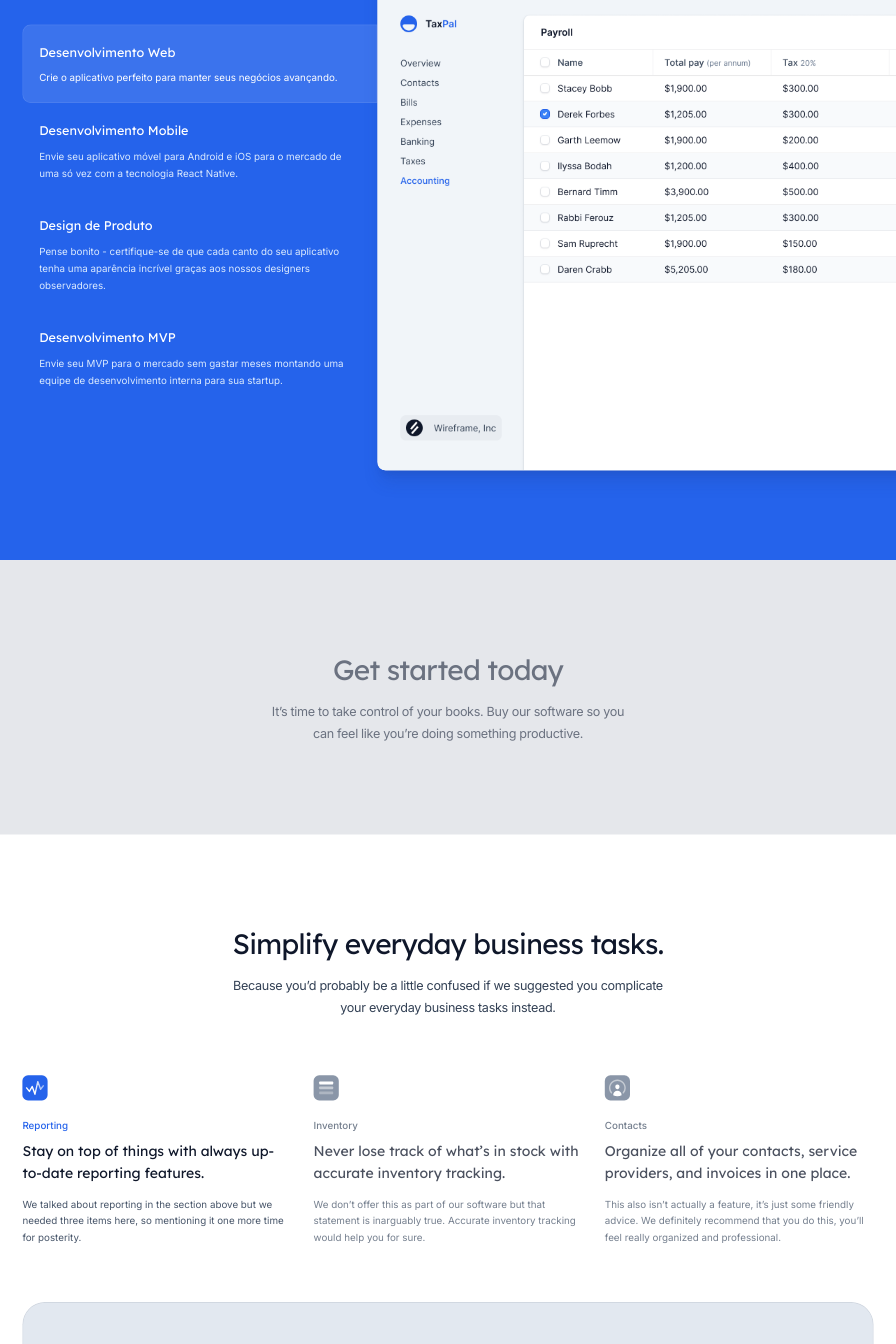
Repository: LuisSempre/imaginative
Page: /
The author's editor kept a copy of each file at every save. The page is drawn from the files as they stood at one save, then again after the next save.
The browser window is 1280 px wide. The pictures show the part of the page from y = 2263 to 4183 px (the page is 10310 px tall), at 70% of full size.
The project was rebuilt for these pictures with package versions that can differ from the ones it lists, and the page was loaded fresh each time. The framework's server and built-in components were replaced by stand-ins that run in the browser. Also part of the build but not shown: next.config.js.

Above is the page before, as saved 2022-07-15 10:49:30.

After the next save:
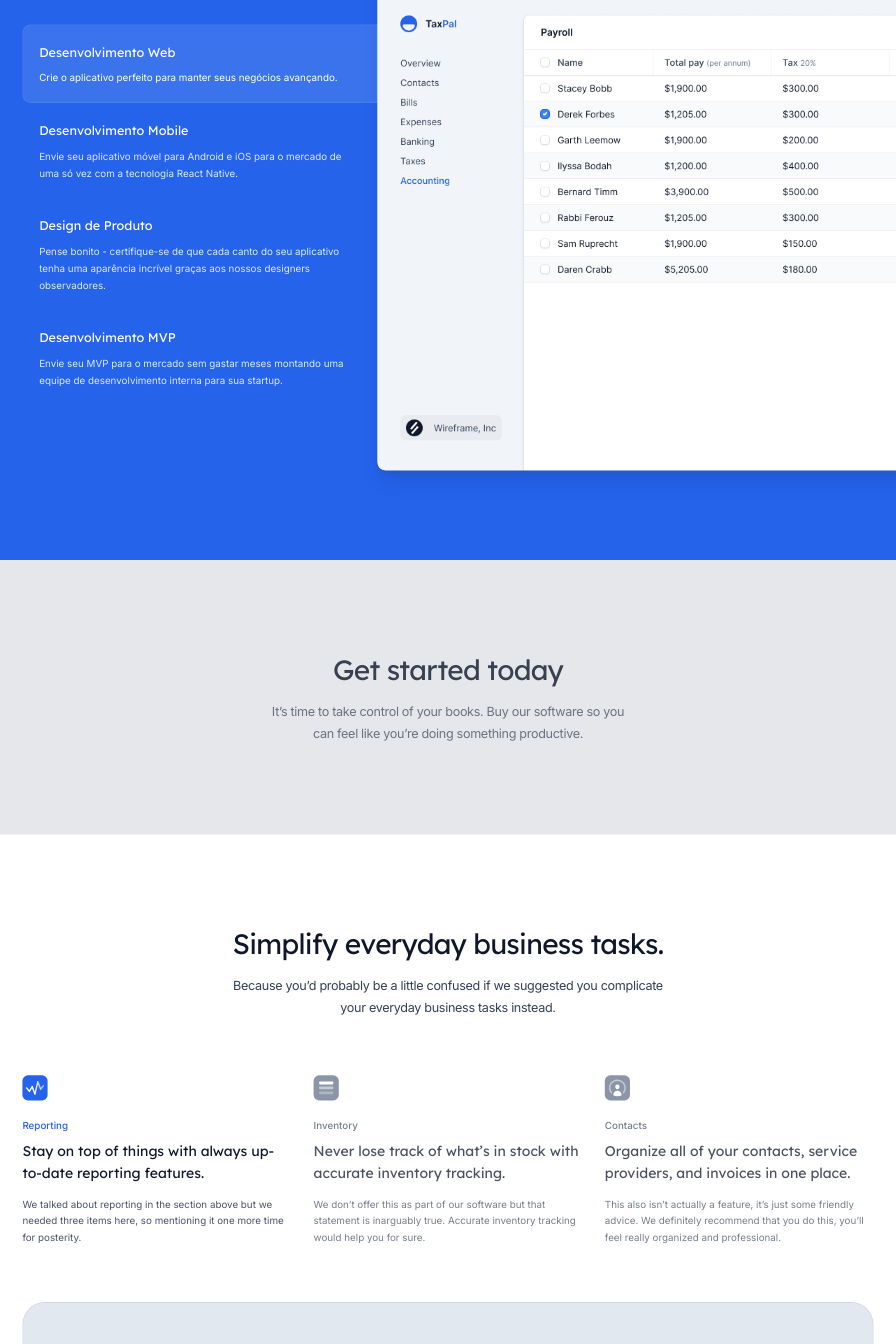
Saved 55 s later.
--- a/src/components/Tecnology.jsx
+++ b/src/components/Tecnology.jsx
@@ -8,7 +8,7 @@
     >
       <Container className="relative">
         <div className="max-w-lg mx-auto text-center">
-          <h2 className="text-3xl tracking-tight text-gray-500 font-display sm:text-4xl">
+          <h2 className="text-3xl tracking-tight text-gray-700 font-display sm:text-4xl">
             Get started today
           </h2>
           <p className="mt-4 text-lg tracking-tight text-gray-500">
